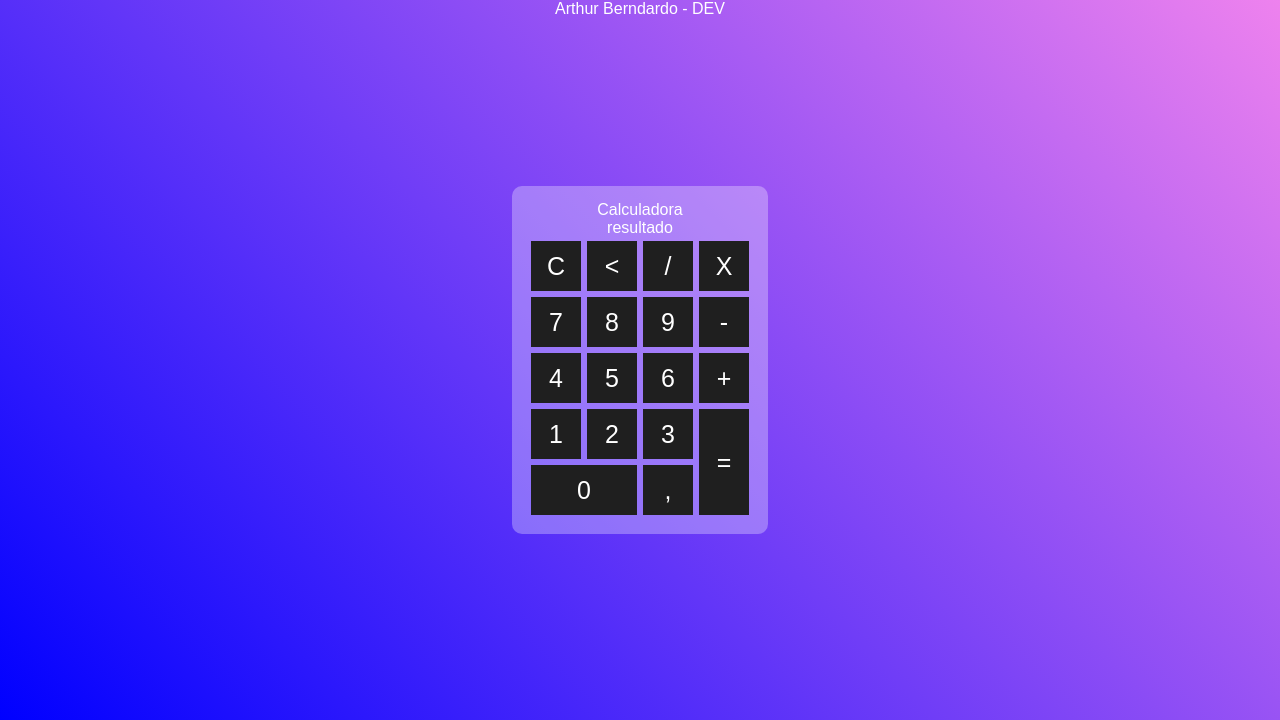
Repository: oThurDev/calculadora
Page: calculadora.html
The author's editor kept a copy of each file at every save. The page is drawn from the files as they stood at one save, then again after the next save.
The browser window is 1280 px wide. The pictures show the whole page.

Above is the page before, as saved 2022-02-25 15:45:45.

After the next save:
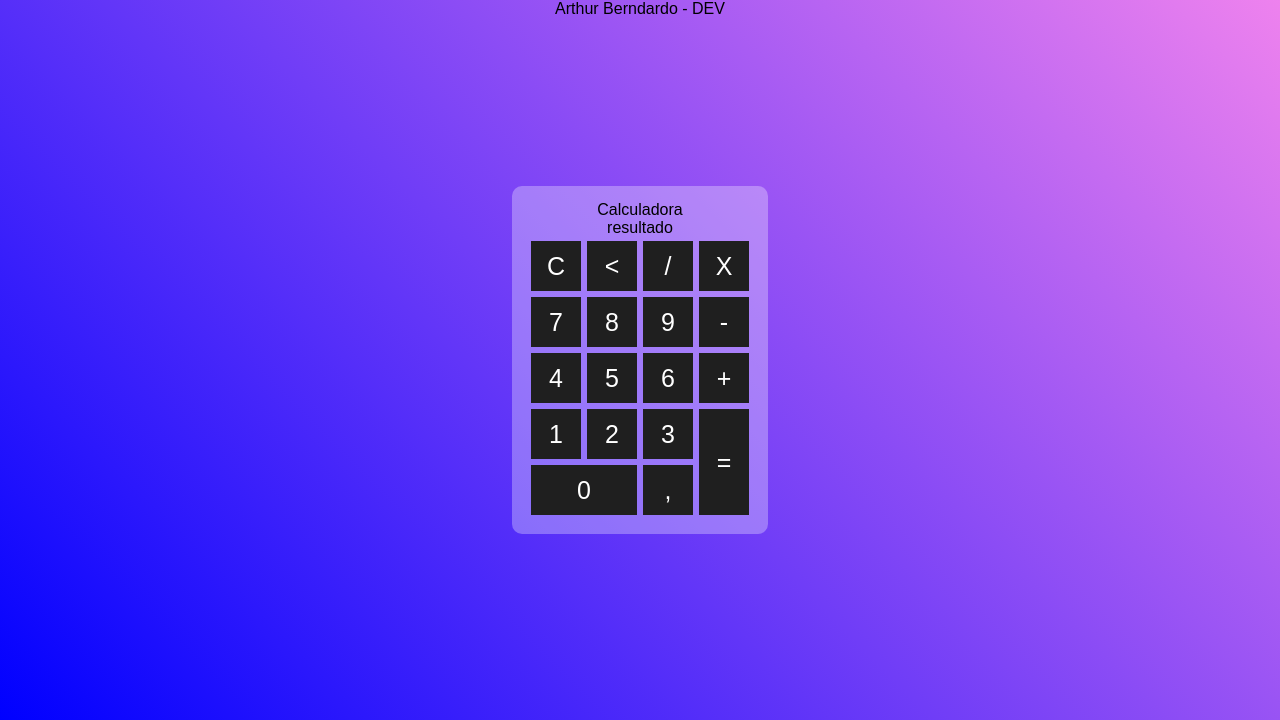
Saved 15 s later.
--- a/style_calculadora.css
+++ b/style_calculadora.css
@@ -6,7 +6,7 @@
 .fundo{
     background-image: linear-gradient(45deg, blue, violet);
     height: 100vh;
-    color: white;
+    color: black;
     font-family: Arial, Helvetica, sans-serif;
     text-align: center;
 }
